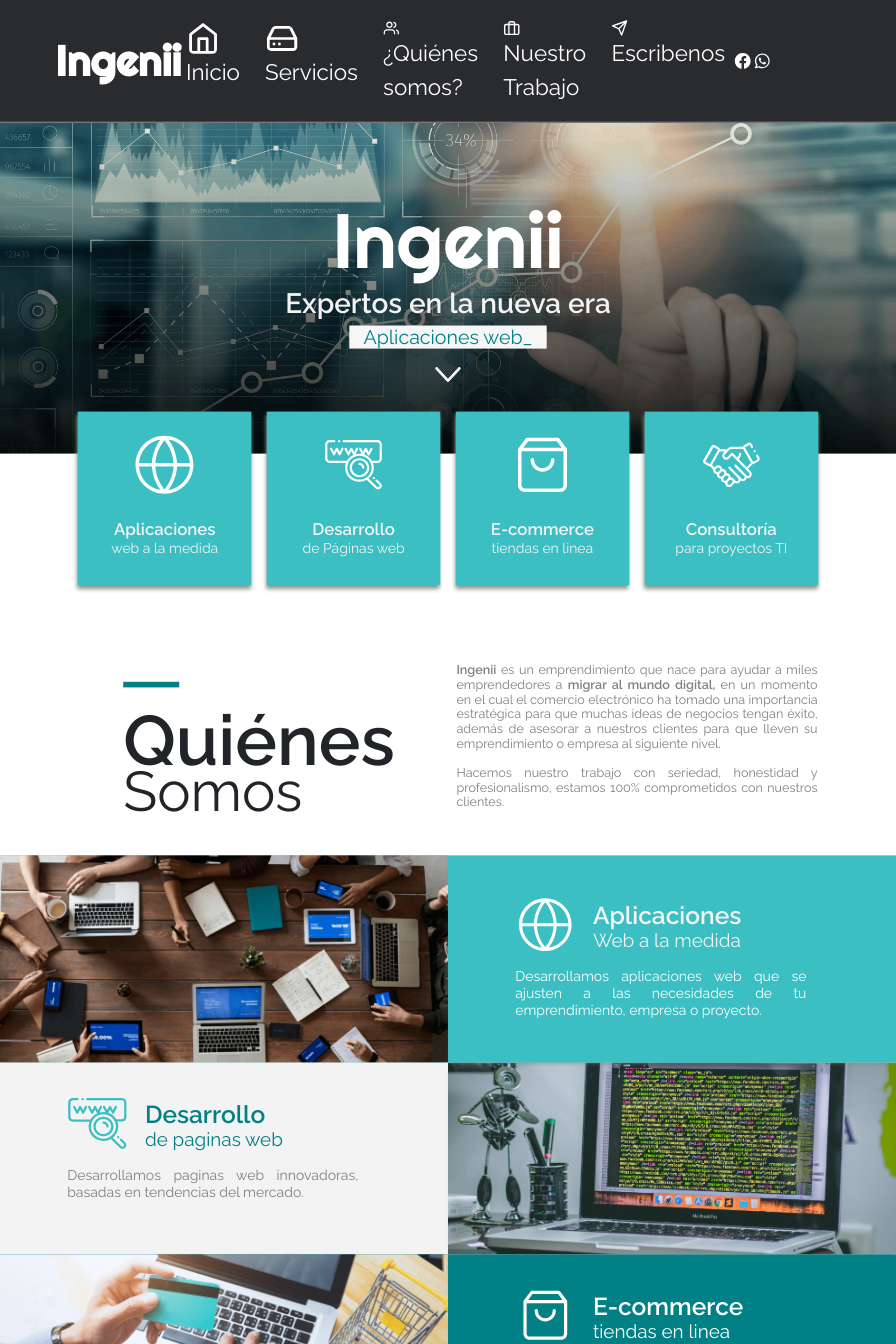
Repository: mariomr87/testwebpage
Page: index.html
An editor plug-in stored every save of this project. The page is shown before and after the next save, followed by the edit.
The browser window is 1280 px wide. The pictures show the part of the page from y = 0 to 1920 px (the page is 3625 px tall before and 3601 px after), at 70% of full size.
Some web libraries are served in a nearby version.

Above is the page before, as saved 2021-10-07 22:41:10.

After the next save:
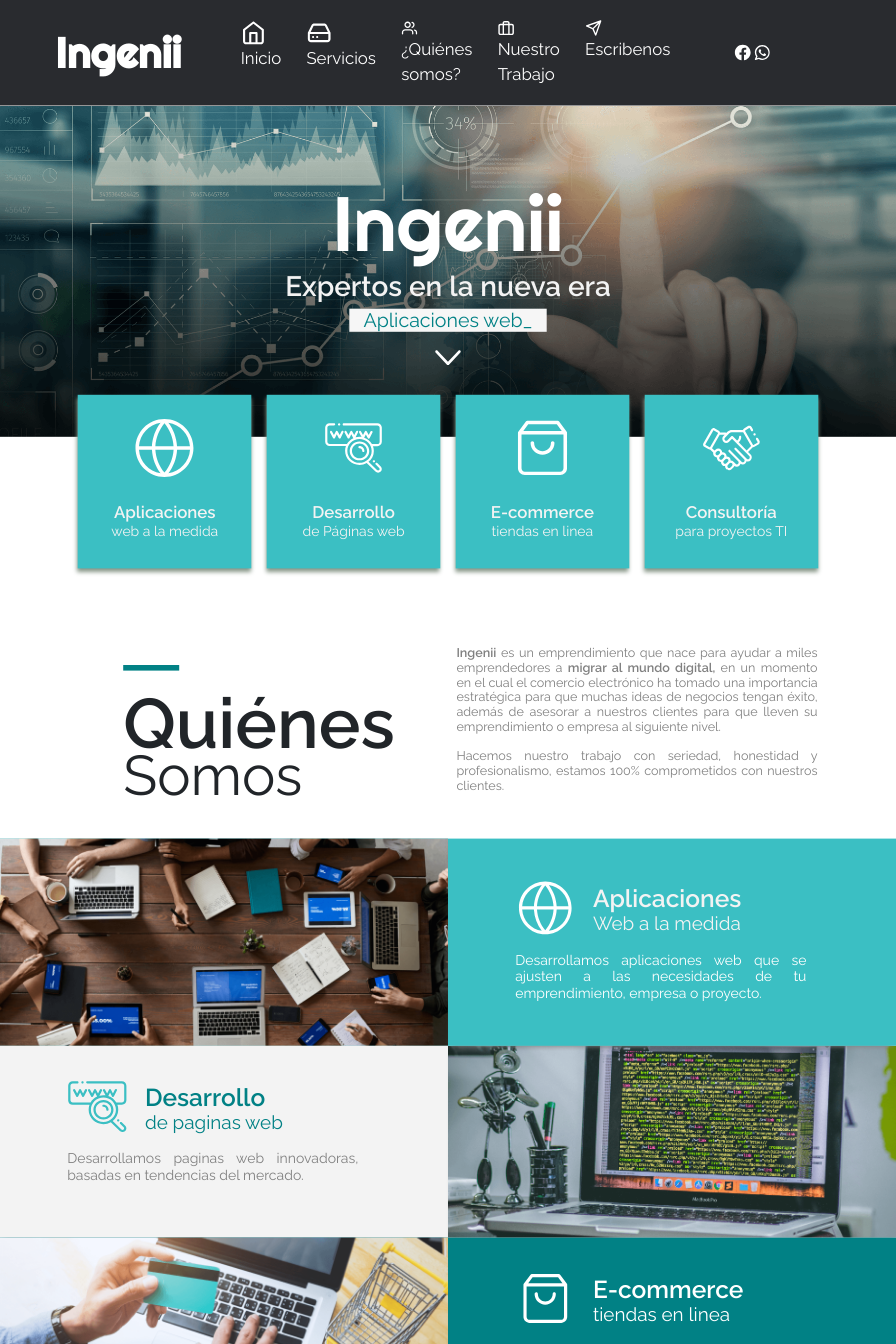
Saved 6 s later.
--- a/style.css
+++ b/style.css
@@ -29,7 +29,7 @@
 
 .texto-link{
 	color: white;
-	font-size: 2em;
+	font-size: 1.5em;
 }
 
 .menuing-redes-logos{

After the save that followed:
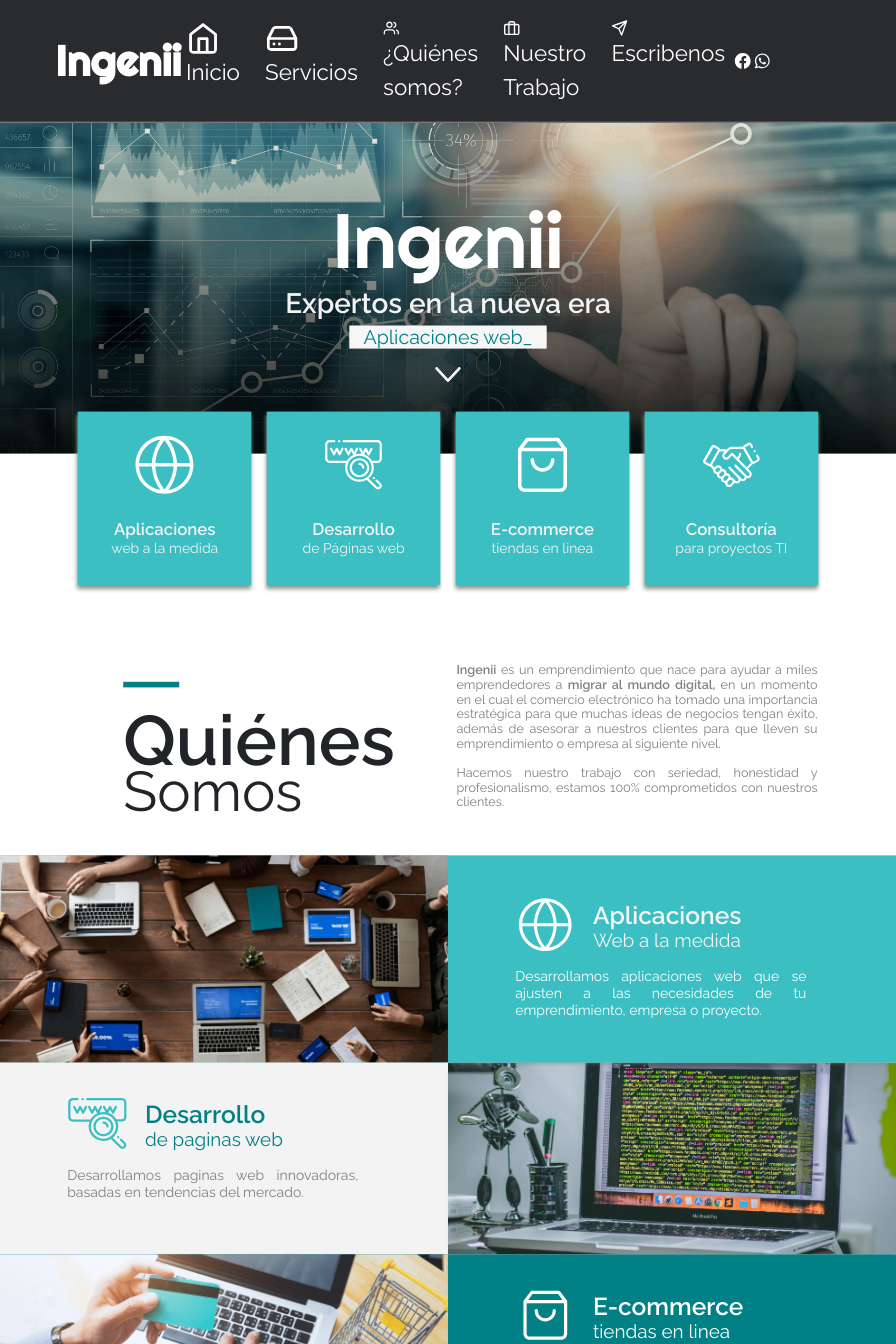
Saved 26 s later.
--- a/style.css
+++ b/style.css
@@ -29,7 +29,7 @@
 
 .texto-link{
 	color: white;
-	font-size: 1.5em;
+	font-size: 2em;
 }
 
 .menuing-redes-logos{
